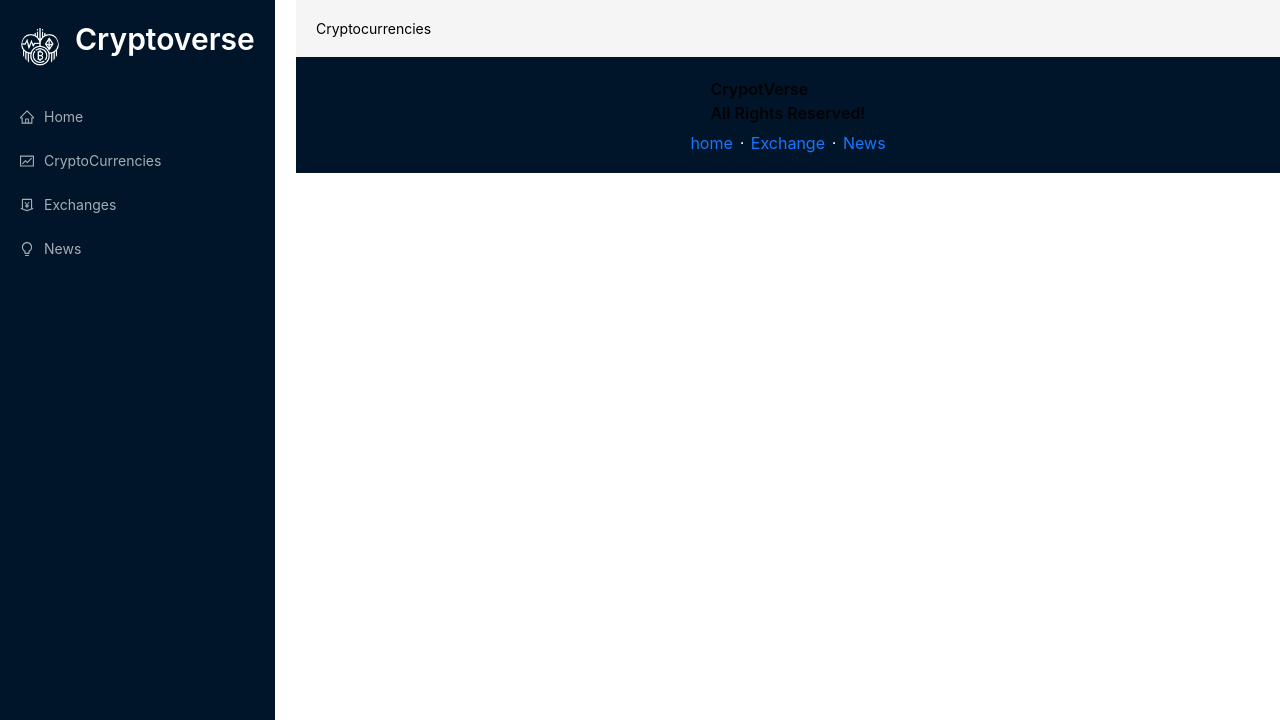
Repository: EyanIngles/CryptoWatcher
Page: /cryptocurrencies
The author's editor kept a copy of each file at every save. The page is drawn from the files as they stood at one save, then again after the next save.
The browser window is 1280 px wide. The pictures show the whole page.
The project was rebuilt for these pictures with package versions that can differ from the ones it lists, and the page was loaded fresh each time. Also part of the build but not shown: src/components/CryptoDetails.jsx, src/components/Exchanges.jsx, src/components/News.jsx.

Above is the page before, as saved 2024-05-01 10:20:23.

After the next save:
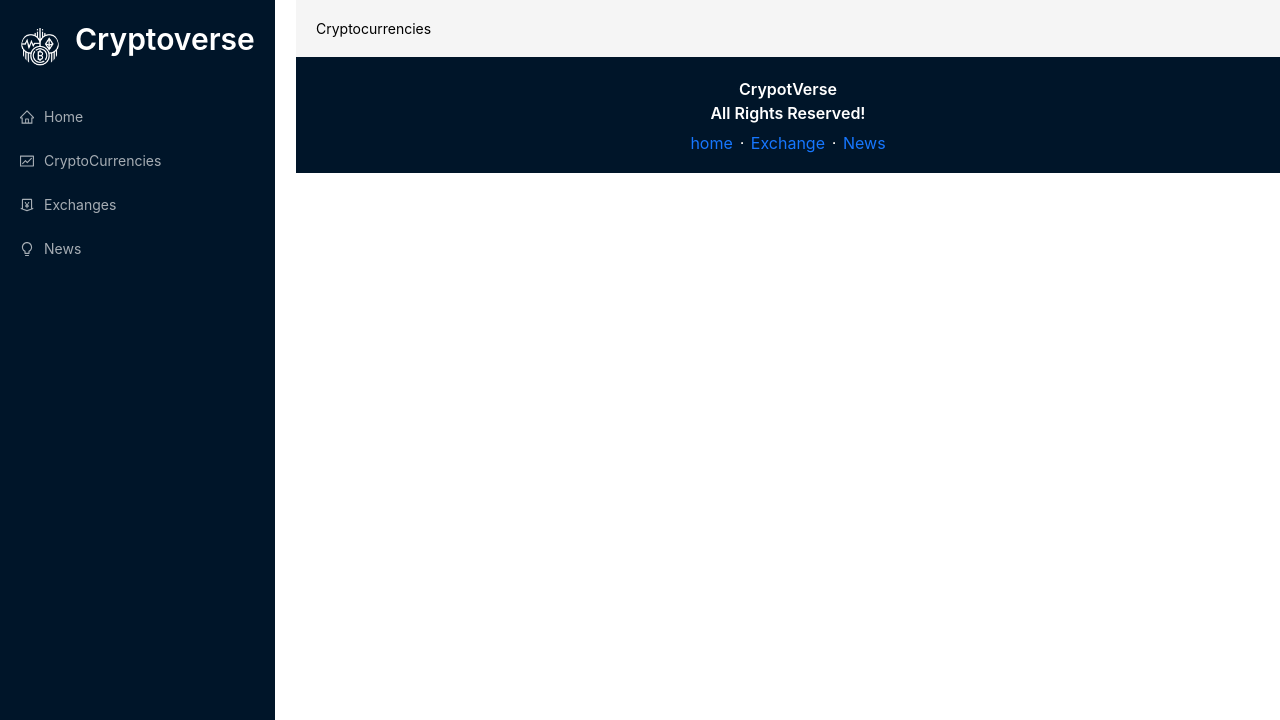
Saved 4 min 0 s later.
--- a/src/App.js
+++ b/src/App.js
@@ -25,7 +25,7 @@ const App = () => {
           </div>
         </Layout>
       <div className='footer'>
-        <Typography.Title level={5} styles={{ color: "white", textAlign: "center" }}>
+      <Typography.Title level={5} style={{ color: "white", textAlign: "center" }}>
           CrypotVerse<br/>
           All Rights Reserved!
         </Typography.Title>
